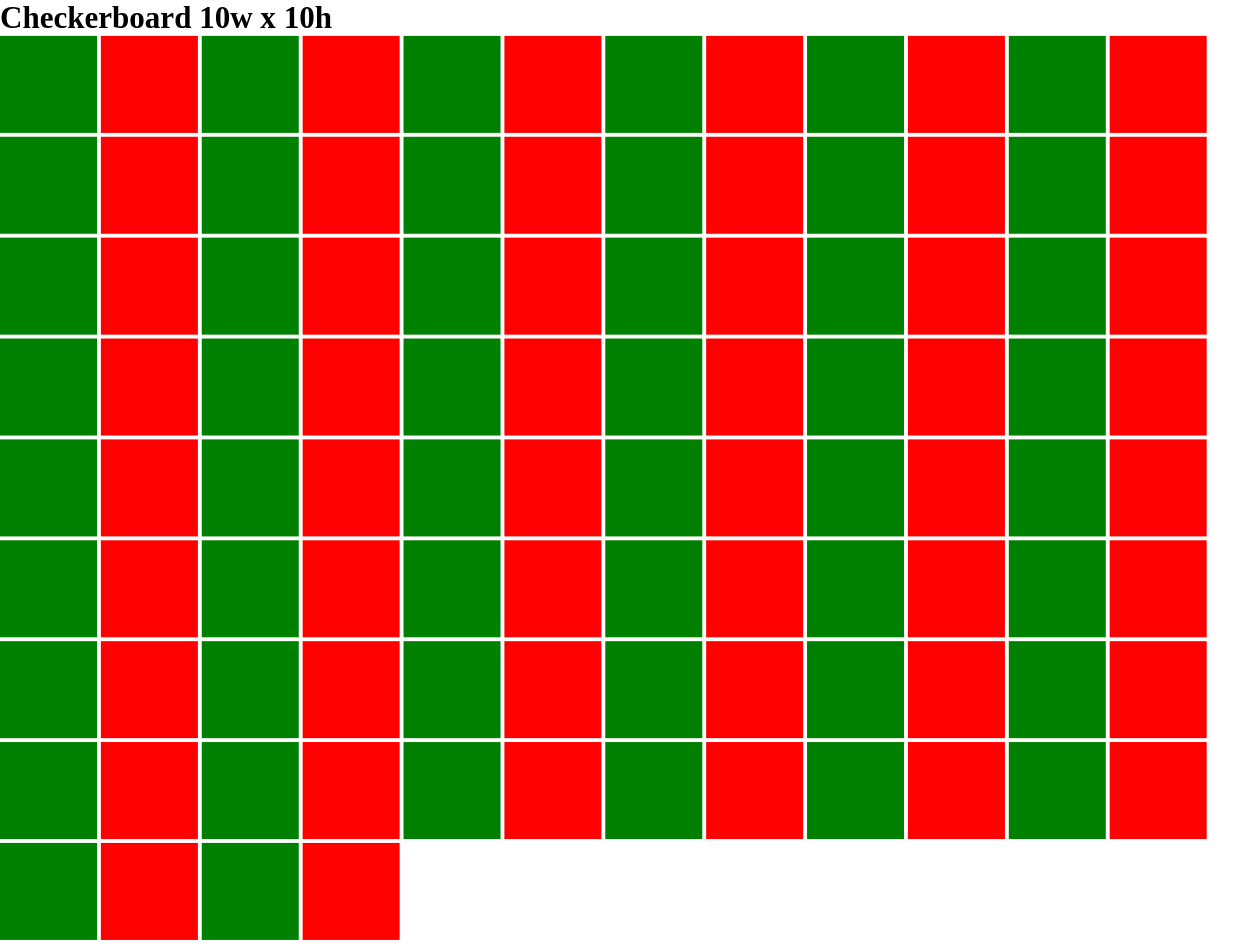
Repository: bchang1213/javaEE
Page: http://localhost/Checkerboard/view.jsp
These files come from the project's save history. The page is drawn as it stood at one moment and after the next save; the edit follows.
The browser window is 1280 px wide. The pictures show the whole page, at 97% of full size.
The page is served by Tomcat 9.

Above is the page before, as saved 2017-10-05 20:22:34.

### Checkerboard/WebContent/view.jsp
<%@ page language="java" contentType="text/html; charset=UTF-8"
    pageEncoding="UTF-8"%>
<!DOCTYPE html PUBLIC "-//W3C//DTD HTML 4.01 Transitional//EN" "http://www.w3.org/TR/html4/loose.dtd">
<html>
<head>
	<meta http-equiv="Content-Type" content="text/html; charset=UTF-8">
	<title>Checkerboard</title>
	<link rel="stylesheet" type="text/css" href="style.css">
</head>
<body>

	<%
	String w = request.getParameter("width");
	String h = request.getParameter("height");
	Integer width = 0;
	Integer height = 0;
	%>
	<% if(w == null) { %>
		<% width = 10; %>
	<% } else { %>
		<% width = Integer.parseInt(w); %>
	<% } %>

	<% if(h == null) { %>
		<% height = 10; %>
	<% } else { %>
		<% height = Integer.parseInt(h); %>
	<% } %>

	<h1>Checkerboard <%= width %>w x <%=  height %>h</h1>
	<%for (int x = 1; x <= height; x++){ %>
		<%for(int i = 1; i <= width;i++){ %>
			<div class='block'></div>
		<%} %>
	<%} %>
</body>
</html>

### Checkerboard/WebContent/style.css
* {
	margin: 0px;
	padding: 0px;
}

div.block{
	display: inline-block;
}

div.block:nth-child(even){
	width:100px;
	height: 100px;
	background-color:green;
}

div.block:nth-child(odd){
	width:100px;
	height: 100px;
	background-color:red;
}

After the next save:
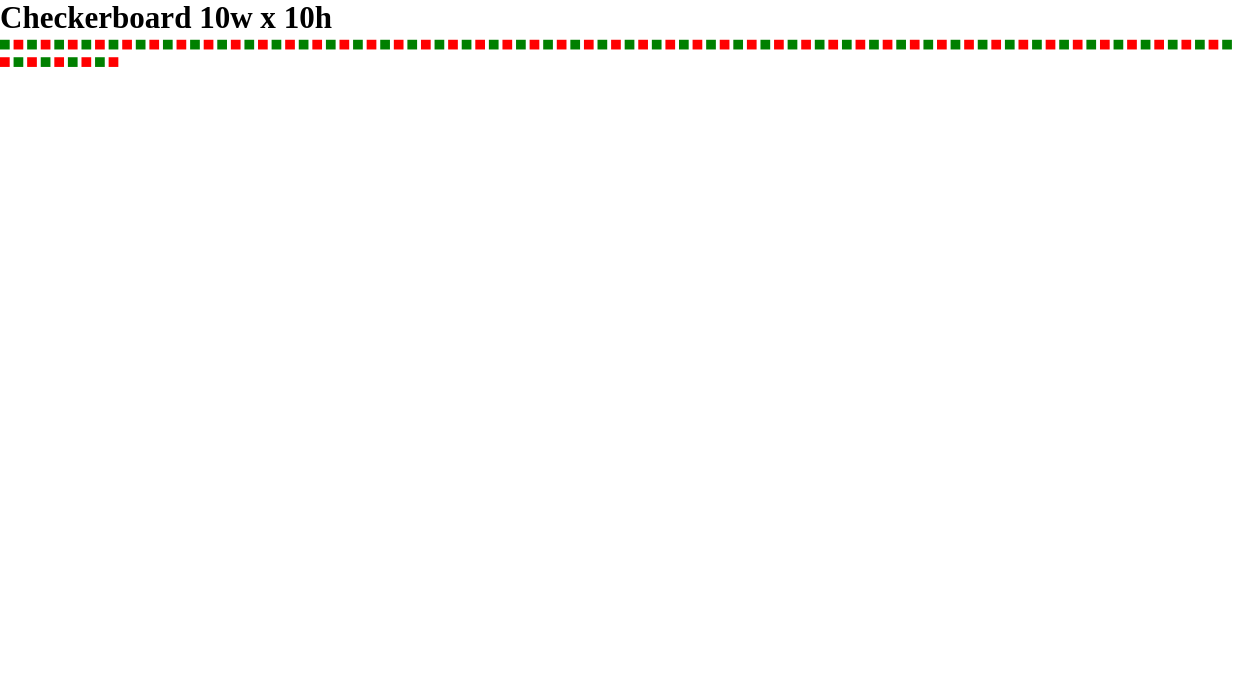
Saved 75 s later.
--- a/Checkerboard/WebContent/style.css
+++ b/Checkerboard/WebContent/style.css
@@ -8,13 +8,13 @@ div.block{
 }
 
 div.block:nth-child(even){
-	width:100px;
-	height: 100px;
+	width:10px;
+	height: 10px;
 	background-color:green;
 }
 
 div.block:nth-child(odd){
-	width:100px;
-	height: 100px;
+	width:10px;
+	height: 10px;
 	background-color:red;
 }
